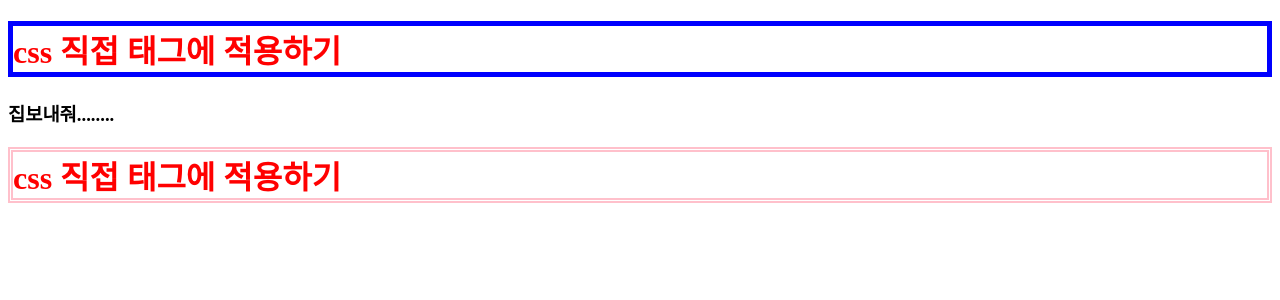
Repository: JeongHyeongKim/practice_myself
Page: Si_basic/WebProject/setp01_HTMLCS/WebContent/CSS/ex02_CSSExternal.html
These files come from the project's save history. The page is drawn as it stood at one moment and after the next save; the edit follows.
The browser window is 1280 px wide. The pictures show the whole page.

Above is the page before, as saved 2019-04-22 07:36:01.

After the next save:
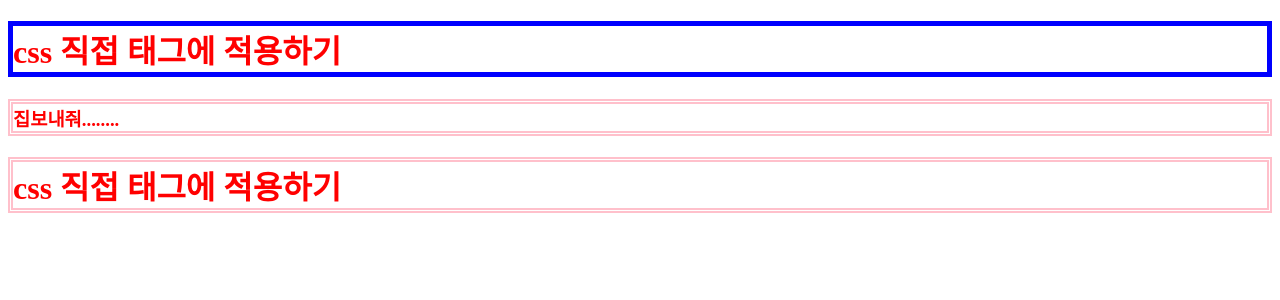
Saved 2 s later.
--- a/Si_basic/WebProject/setp01_HTMLCS/WebContent/CSS/ex02_CSSExternal.html
+++ b/Si_basic/WebProject/setp01_HTMLCS/WebContent/CSS/ex02_CSSExternal.html
@@ -6,7 +6,7 @@
 	<style>
 		/*This area is permitted to only css*/
 		/* 1. 태그에 적용하기*/
-		h1,ㅗ3{color:red; border: double pink 5px;}
+		h1,h3{color:red; border: double pink 5px;}
 	</style>
 </head>
 	<body>
